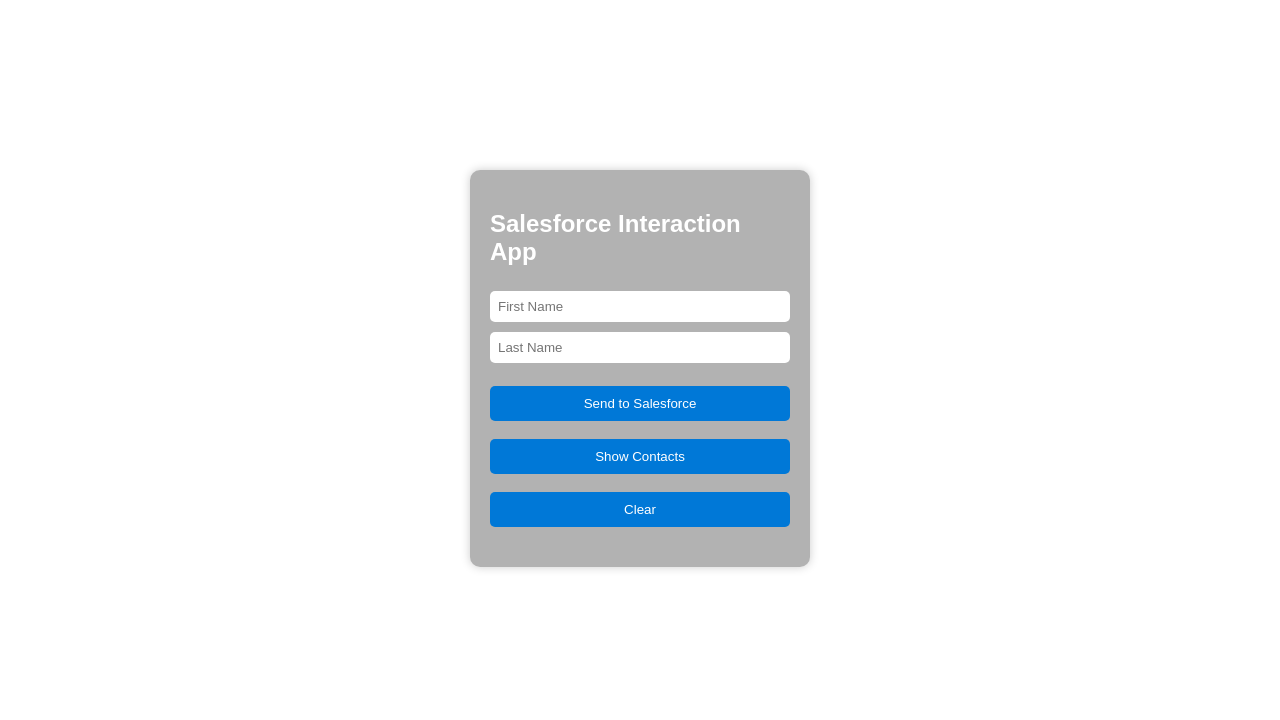
Repository: PamodaW/SalesforceSync
Page: Client/index.html
These files come from the project's save history. The page is drawn as it stood at one moment and after the next save; the edit follows.
The browser window is 1280 px wide. The pictures show the whole page.

Above is the page before, as saved 2024-11-20 15:45:52.
Not found: Images/5638058.png

After the next save:
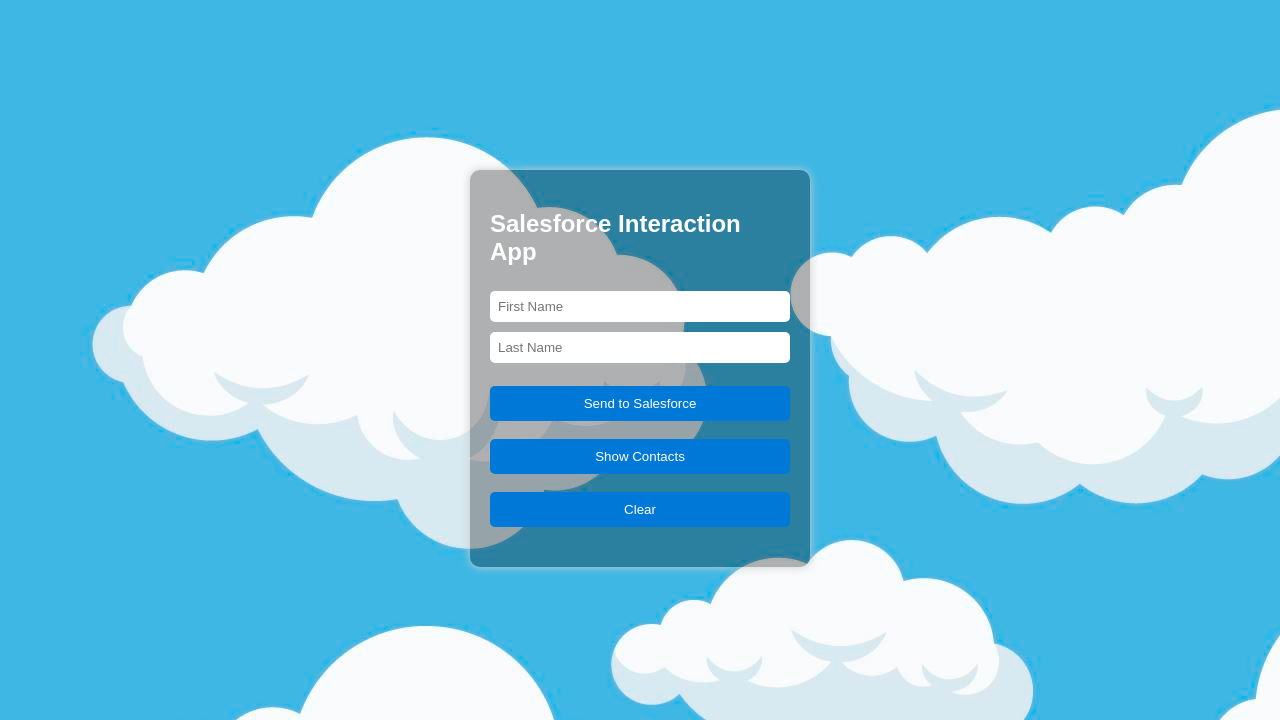
Saved 18 s later.
--- a/Client/style.css
+++ b/Client/style.css
@@ -1,6 +1,6 @@
 body {
     font-family: Arial, sans-serif;
-    background-image: url(/Images/5638058.png);
+    background-image: url(/Images/Clouds.png);
 }
 
 .container {
